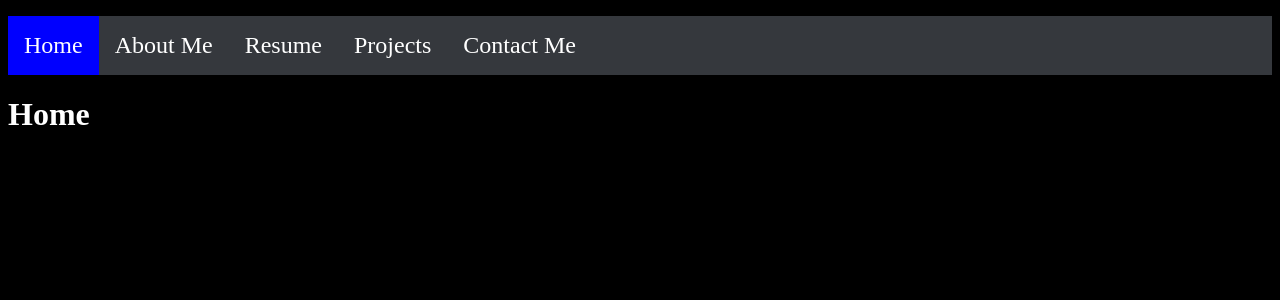
Repository: MasonSingleterry/MasonSingleterry.github.io
Page: index.html
The author's editor kept a record of every edit. The page is drawn from the files as they stood at one moment, then again after the next edit.
The browser window is 1280 px wide. The pictures show the whole page.

Above is the page before.

### index.html
<!DOCTYPE html>
<html>
    <head>
        <title>Home</title>
        <link rel = "stylesheet" type = "text/css" href = "style.css"
    </head>
    <body class = "body">
        <ul class = "navbar">
            <li class = "active"><a href = "index.html">Home</a></li>
            <li><a href = "aboutme.html">About Me</a></li>
            <li><a href = "resume.html">Resume</a></li>
            <li class = "dropdown">
                <div>Projects</div>
                <ul class = "dropdown-content">
                    <li><a href = "project1.hmtl">project 1</a></li>
                    <li><a href = "project2.html">project 2</a></li>
                    <li><a href = "project3.html">project 3</a></li>
                </ul>
            </li>
            <li><a href = "contactme.html">Contact Me</a></li>
        </ul>
        <h1>Home</h1>
    </body>
</html>

### style.css
            /*RESUME*/
            .body {
                background-color: #000000;
                color: #FFFFFF;
            }

            .navbar {
                list-style: none;
                background-color: #35383d;
                overflow: hidden;
                padding: 0;
            }

            .navbar a, .dropdown div {
                text-decoration: none;
                color: #ffffff;
                font-size: 24px;
                padding: 16px;
                display: inline-block;
            }

            .navbar li {
                float: left;
            }

            .navbar li:hover {
                background-color: #7FFF00;
            }

            .dropdown-content {
                list-style: none;
                padding: 0;
                display: none;
                position: absolute;
                Z-index: 1;
            }
            .dropdown-content li {
                background-color: #35383d;
                float: none;
            }

            .dropdown:hover .dropdown-content {
                display: block;
            }

            .active {
                background-color: blue;
            }
            /*Index*/
            .body {
                background-color: #000000;
                color: #FFFFFF;
            }

            .navbar {
                list-style: none;
                background-color: #35383d;
                overflow: hidden;
                padding: 0;
            }

            .navbar a, .dropdown div {
                text-decoration: none;
                color: #ffffff;
                font-size: 24px;
                padding: 16px;
                display: inline-block;
            }

            .navbar li {
                float: left;
            }

            .navbar li:hover {
                background-color: #7FFF00;
            }

            .dropdown-content {
                list-style: none;
                padding: 0;
                display: none;
                position: absolute;
                Z-index: 1;
            }
            .dropdown-content li {
                background-color: #35383d;
                float: none;
            }

            .dropdown:hover .dropdown-content {
                display: block;
            }

            .active {
                background-color: blue;
            }

After the next edit:
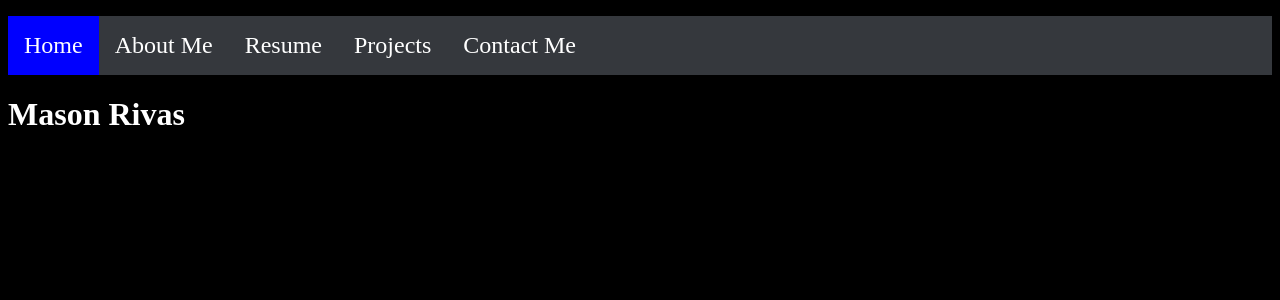
The edit:
--- a/index.html
+++ b/index.html
@@ -19,6 +19,6 @@
             </li>
             <li><a href = "contactme.html">Contact Me</a></li>
         </ul>
-        <h1>Home</h1>
+        <h1>Mason Rivas</h1>
     </body>
 </html>
